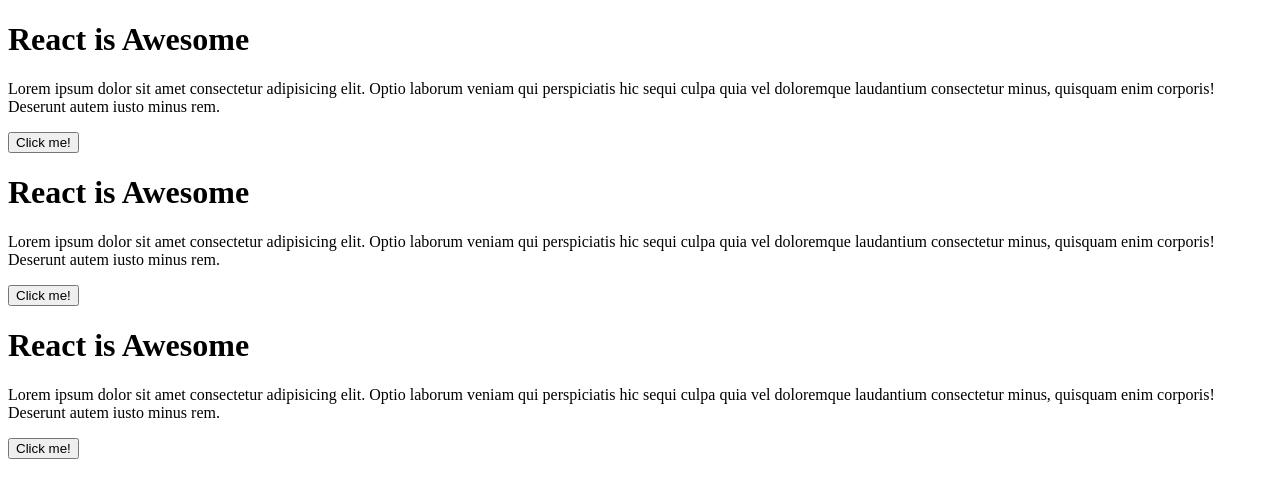
Repository: Jinontheclock/COMP3170_Assignment
Page: /
An editor plug-in stored every save of this project. The page is shown before and after the next save, followed by the edit.
The browser window is 1280 px wide. The pictures show the whole page.
The project was rebuilt for these pictures with package versions that can differ from the ones it lists, and the page was loaded fresh each time. Also part of the build but not shown: vite.config.js, src/index.css.

Above is the page before, as saved 2025-09-08 15:48:09.

After the next save:
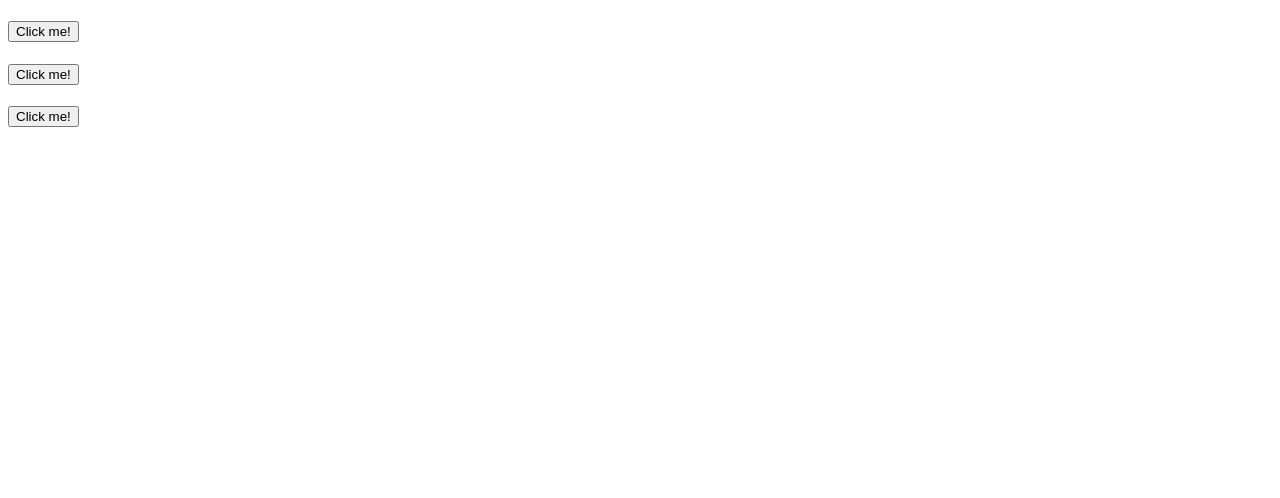
Saved 7 min 18 s later.
--- a/src/App.jsx
+++ b/src/App.jsx
@@ -9,11 +9,11 @@
   )
 }
 
-function Excerpt(){
+function Excerpt(props){
   return (
         <div>
-      <h1>React is Awesome</h1>
-      <p>Lorem ipsum dolor sit amet consectetur adipisicing elit. Optio laborum veniam qui perspiciatis hic sequi culpa quia vel doloremque laudantium consectetur minus, quisquam enim corporis! Deserunt autem iusto minus rem.</p>
+      <h1>{props.title}</h1>
+      <p>{props.body}</p>
       <button>Click me!</button>
     </div>)
 }
